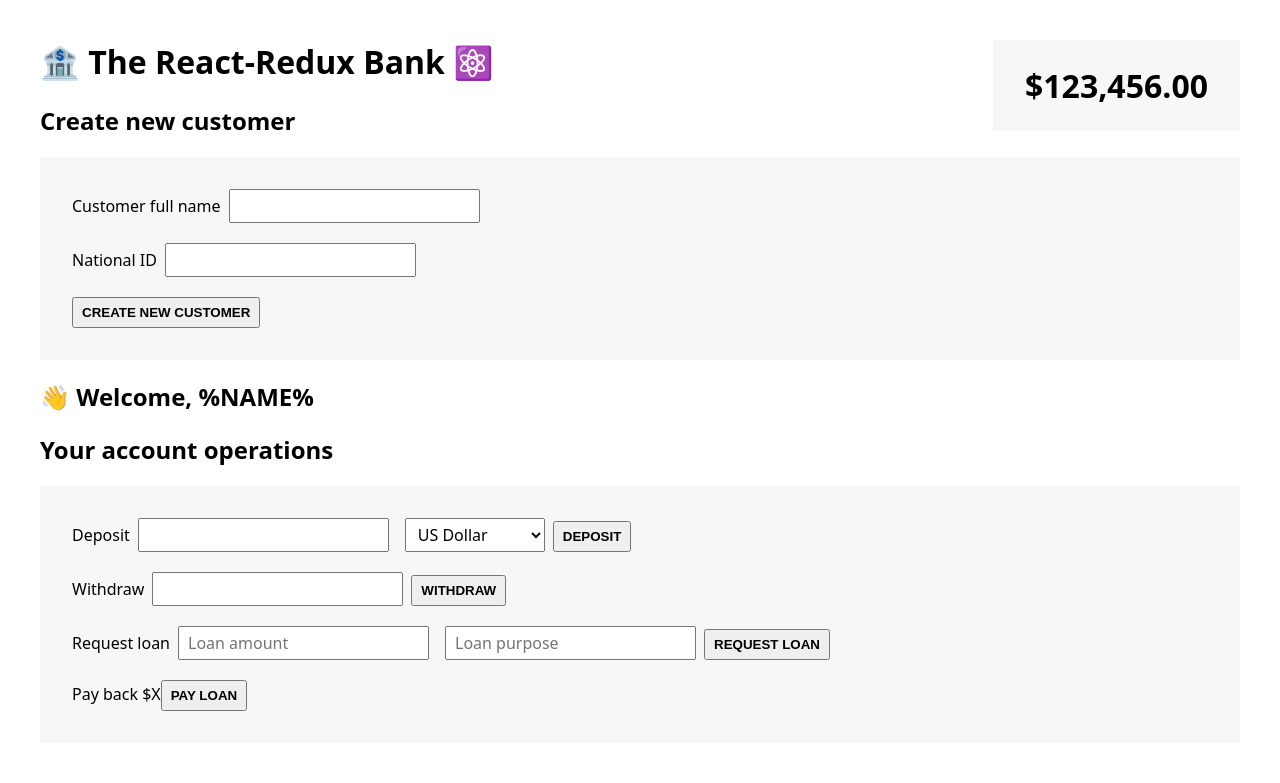
Repository: islamsaeedDev/-The-React-Redux-Bank-
Page: /
These files come from the project's save history. The page is drawn as it stood at one moment and after the next save; the edit follows.
The browser window is 1280 px wide. The pictures show the whole page.
The project was rebuilt for these pictures with package versions that can differ from the ones it lists, and the page was loaded fresh each time.

Above is the page before, as saved 2025-10-14 11:12:07.

After the next save:
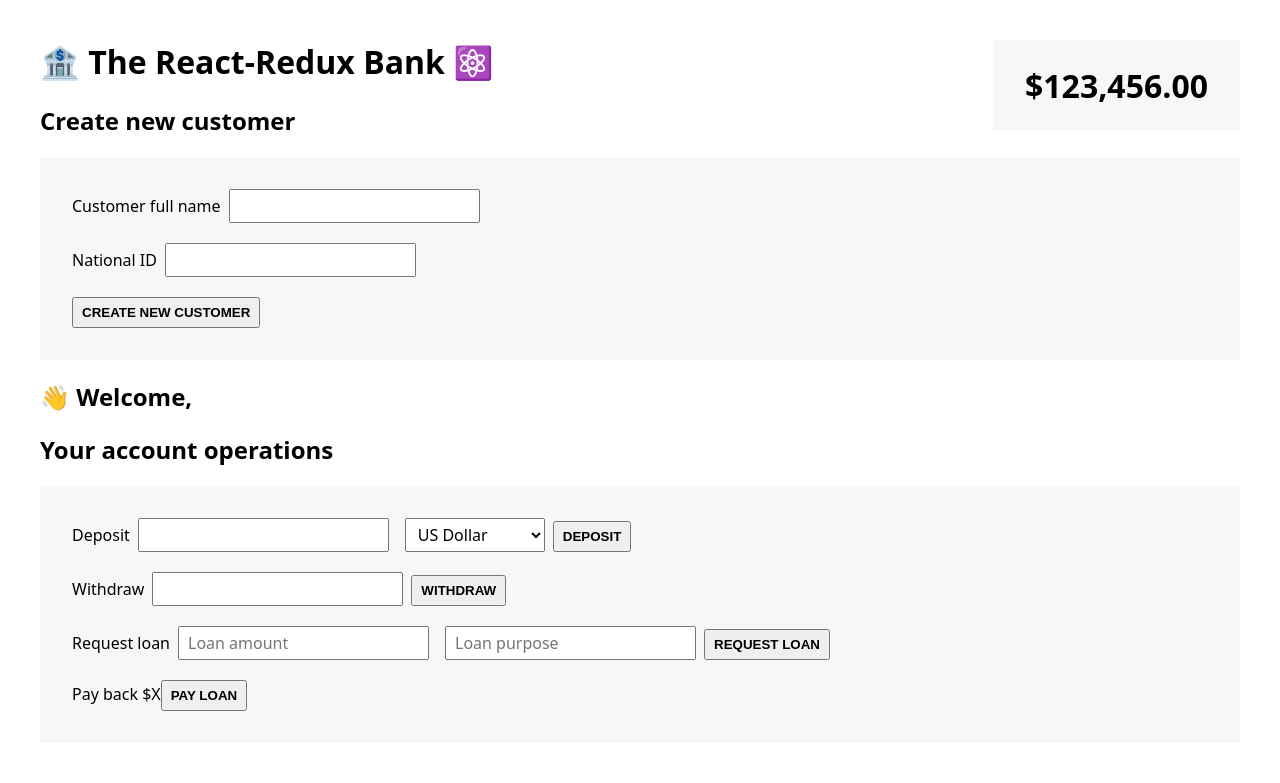
Saved 23 s later.
--- a/src/features/customers/Customer.js
+++ b/src/features/customers/Customer.js
@@ -6,7 +6,7 @@
 
   const customer = useSelector((store) => store.customer.fullName)
   console.log(customer)
-  return <h2>👋 Welcome, %NAME%</h2>;
+  return <h2>👋 Welcome, {customer}</h2>;
 }
 
 export default Customer;
